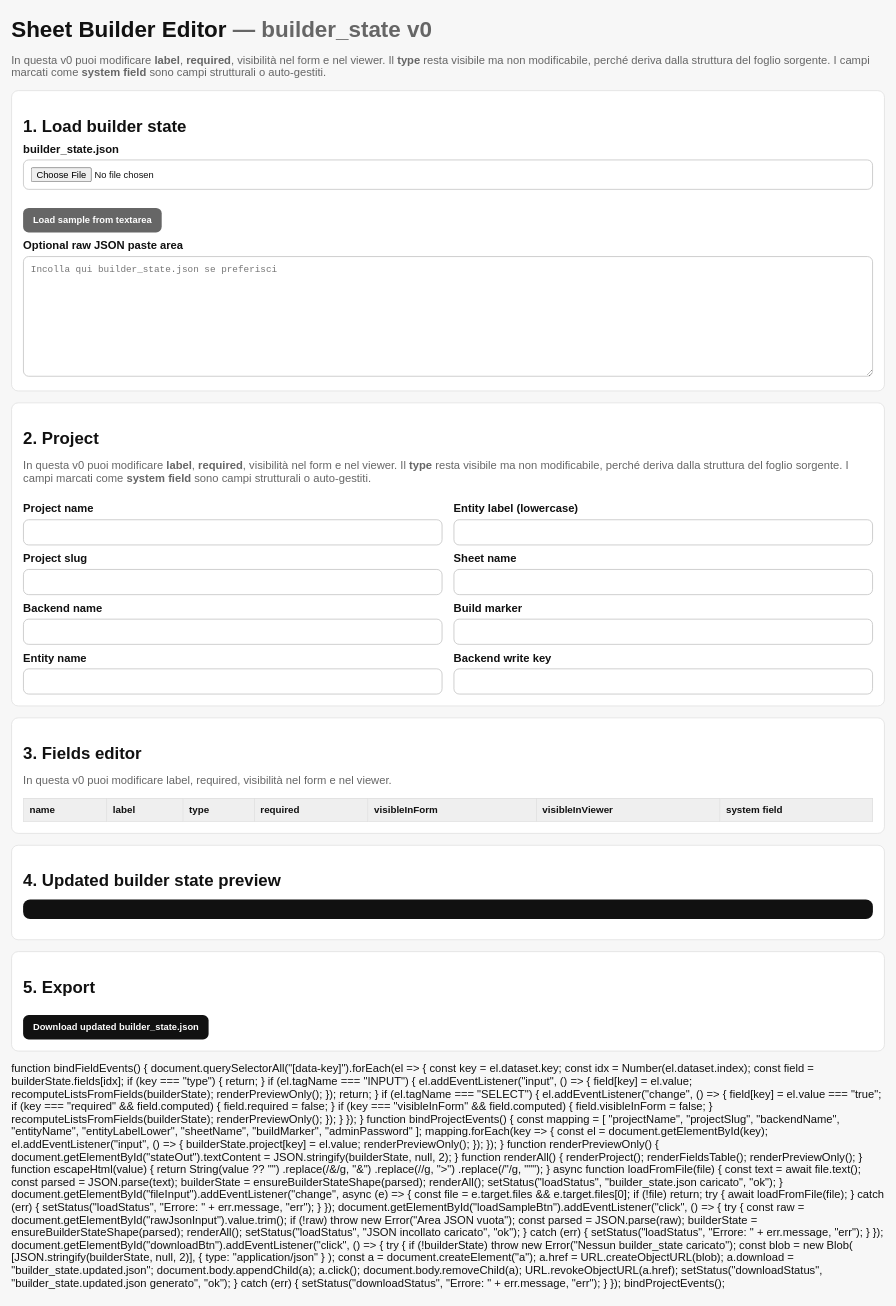
Repository: progettazionemauro/sheets.builder
Page: docs/builder.html
An editor plug-in stored every save of this project. The page is shown before and after the next save, followed by the edit.
The browser window is 1280 px wide. The pictures show the whole page, at 70% of full size.

Above is the page before, as saved 2026-04-13 19:51:06.
Console error: SyntaxError: Unexpected token '<'

After the next save:
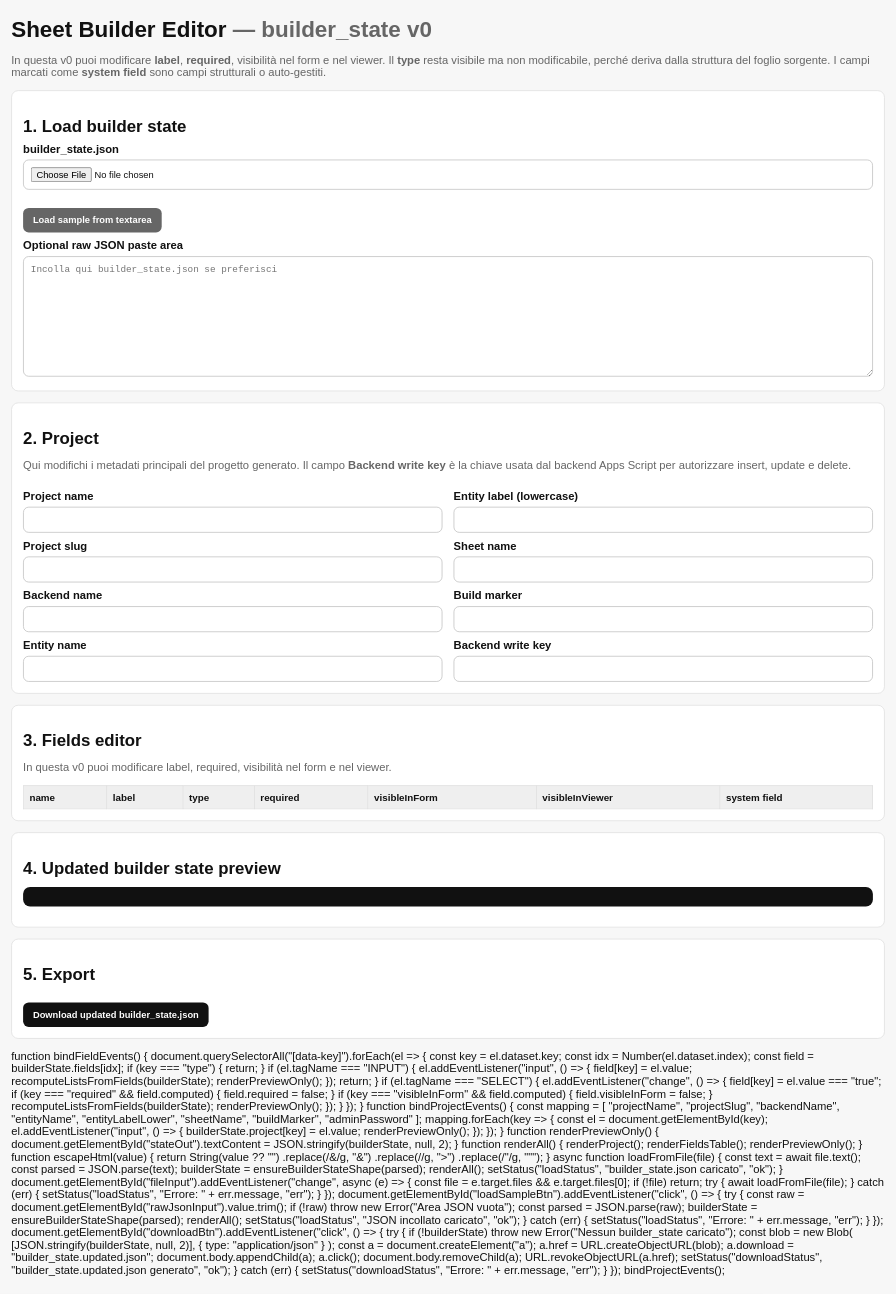
Saved 6 s later.
--- a/docs/builder.html
+++ b/docs/builder.html
@@ -156,10 +156,9 @@
     <div class="card">
     <h2>2. Project</h2>
         <p class="muted">
-      In questa v0 puoi modificare <b>label</b>, <b>required</b>, visibilità nel form e nel viewer.
-      Il <b>type</b> resta visibile ma non modificabile, perché deriva dalla struttura del foglio sorgente.
-      I campi marcati come <b>system field</b> sono campi strutturali o auto-gestiti.
-    </p>
+  Qui modifichi i metadati principali del progetto generato. Il campo <b>Backend write key</b>
+  è la chiave usata dal backend Apps Script per autorizzare insert, update e delete.
+</p>
 
     <div class="grid">
       <div>
